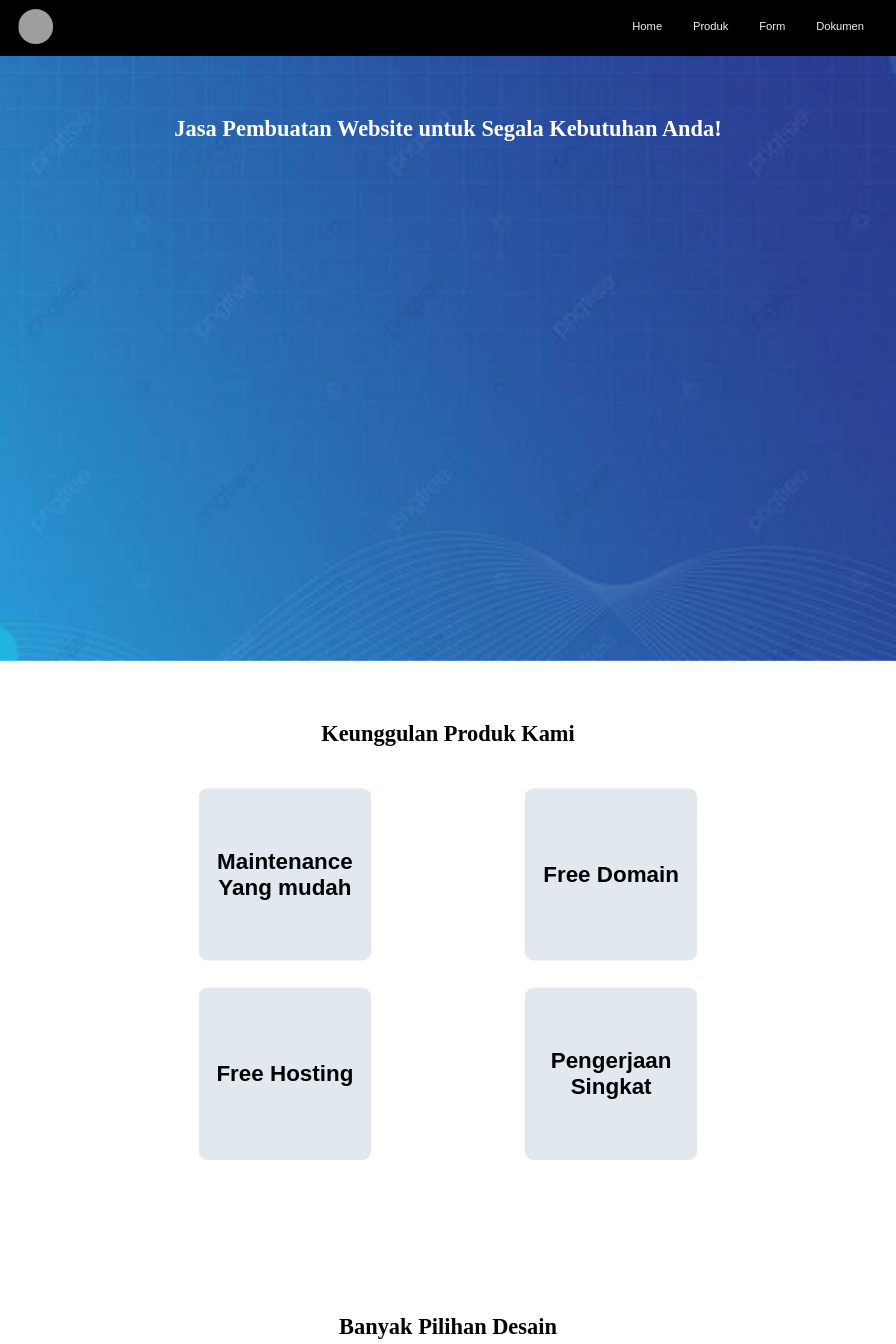
Repository: zecht12/TimModul
Page: TimModul.html
These files come from the project's save history. The page is drawn as it stood at one moment and after the next save; the edit follows.
The browser window is 1280 px wide. The pictures show the part of the page from y = 0 to 1920 px (the page is 3920 px tall), at 70% of full size.
Pictures or frames that could not be fetched are drawn as grey boxes.

Above is the page before, as saved 2023-04-25 19:02:47.

After the next save:
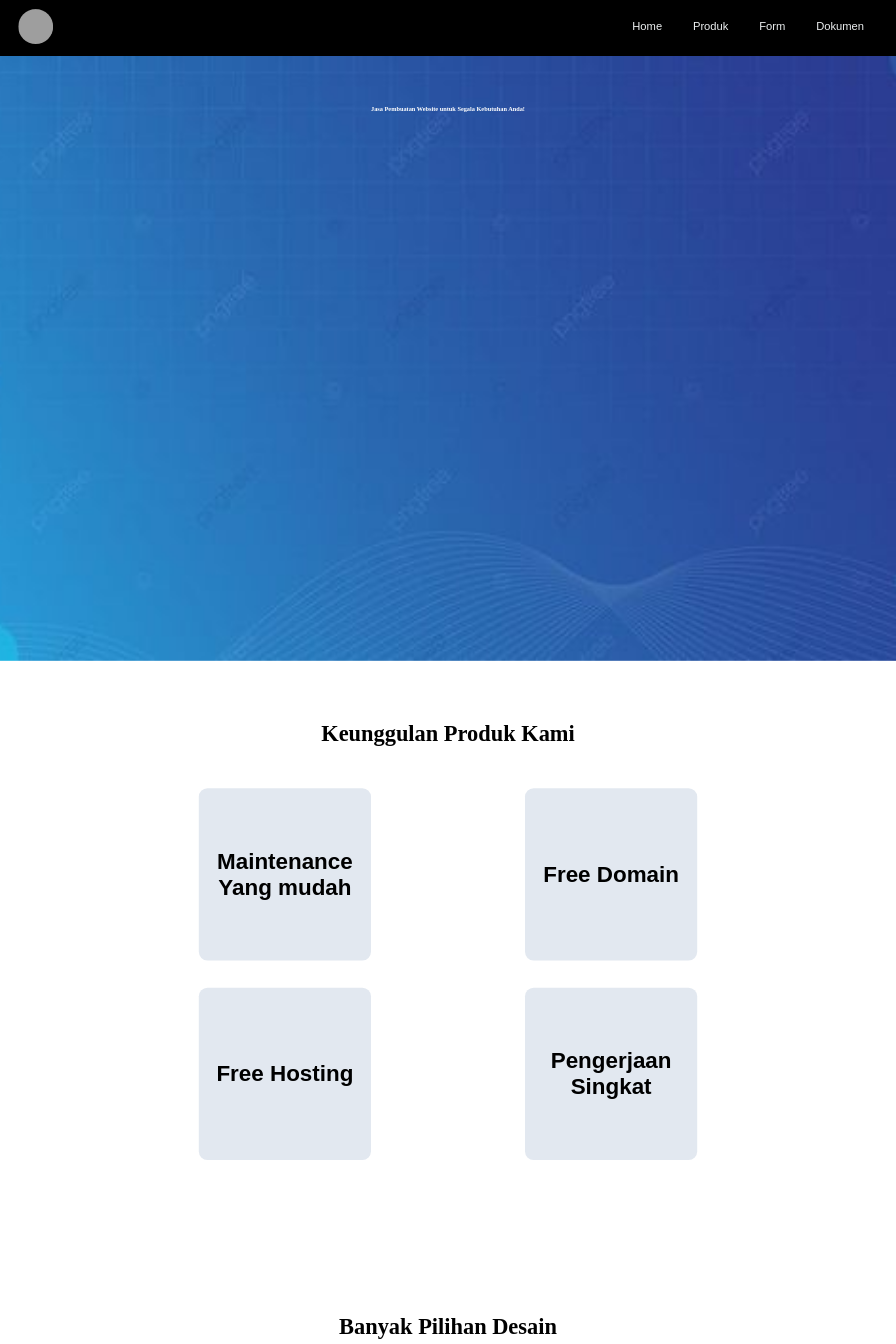
Saved 9 s later.
--- a/TimModul.html
+++ b/TimModul.html
@@ -27,7 +27,7 @@
             </div>
             <div style="height: auto; width: 70%; display: flex; justify-content: center; align-items: center;">
                 <div>
-                    <h1 style="text-align: center; color: white; font-size: ;">Jasa Pembuatan Website untuk Segala Kebutuhan Anda!</h1>
+                    <h1 style="text-align: center; color: white; font-size: xx-small;">Jasa Pembuatan Website untuk Segala Kebutuhan Anda!</h1>
                 </div>
             </div>
             <div style="height: auto; width: 15%; display: flex; justify-content: center; align-items: center;">

After the 4 saves that followed:
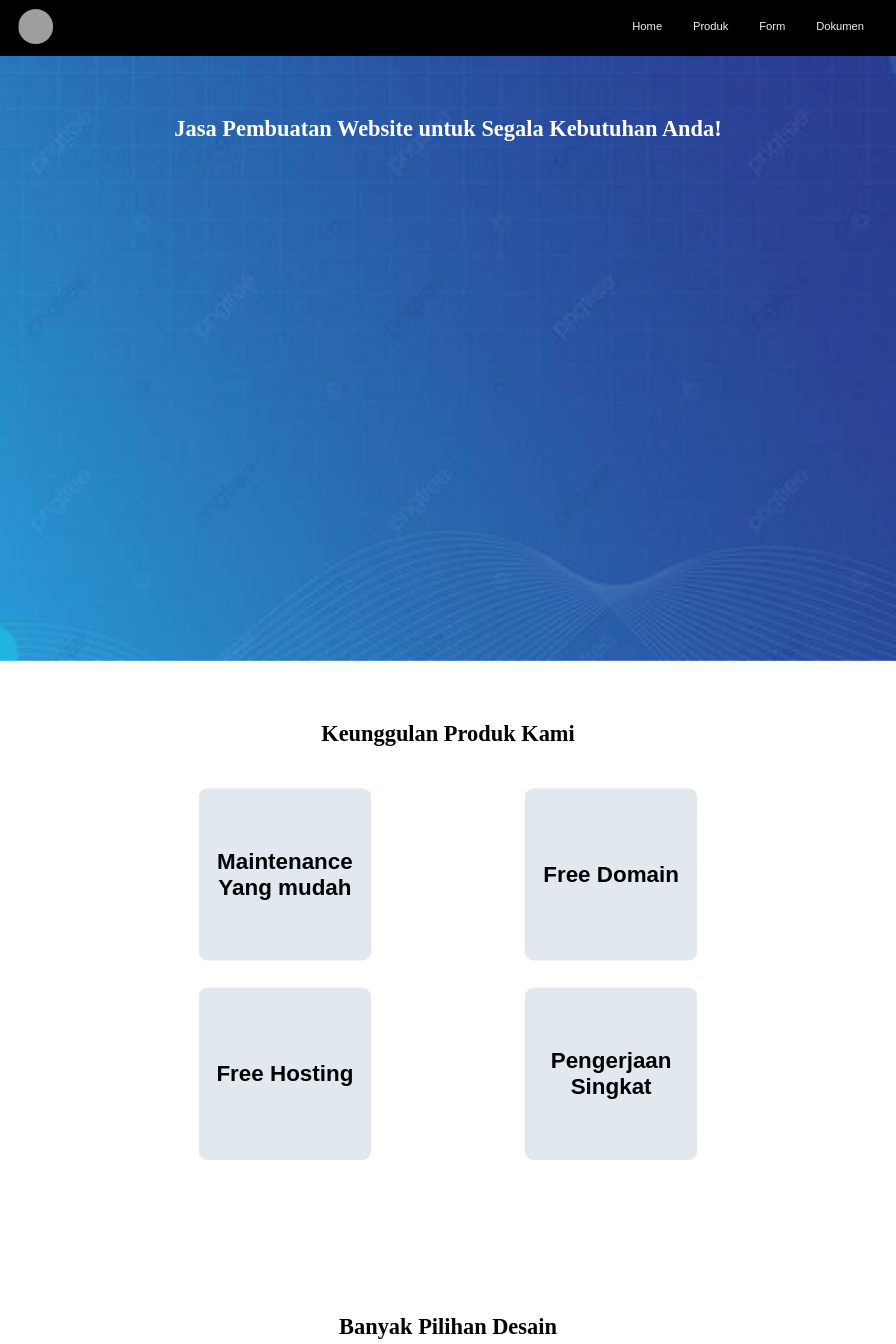
The 4 saves are shown as one change because they came seconds apart.
The last was saved 11 s later.
--- a/TimModul.html
+++ b/TimModul.html
@@ -27,7 +27,7 @@
             </div>
             <div style="height: auto; width: 70%; display: flex; justify-content: center; align-items: center;">
                 <div>
-                    <h1 style="text-align: center; color: white; font-size: xx-small;">Jasa Pembuatan Website untuk Segala Kebutuhan Anda!</h1>
+                    <h1 style="text-align: center; color: white; font-size: xx-large; font-weight: 900;">Jasa Pembuatan Website untuk Segala Kebutuhan Anda!</h1>
                 </div>
             </div>
             <div style="height: auto; width: 15%; display: flex; justify-content: center; align-items: center;">
